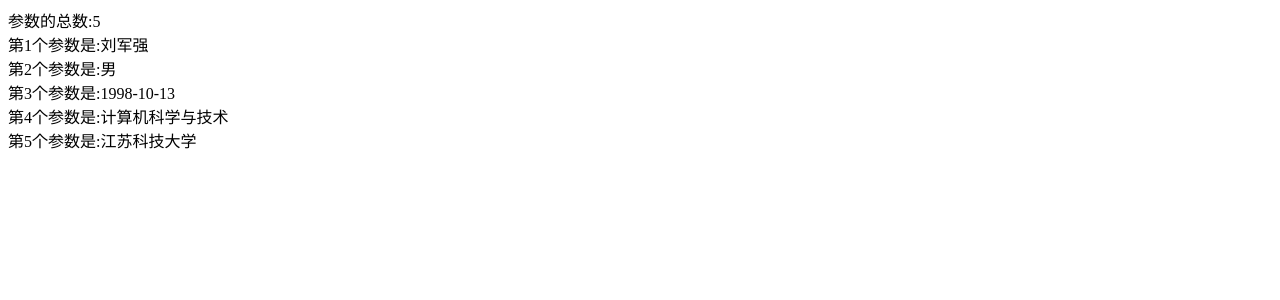
Repository: ljcan/PHP_Scripts
Page: http://localhost/src/new_file06.php
The author's editor kept a copy of each file at every save. The page is drawn from the files as they stood at one save, then again after the next save.
The browser window is 1280 px wide. The pictures show the whole page.
The page is run by PHP 8.4 with error messages shown; the project is at /var/www/html/.

Above is the page before, as saved 2017-07-03 15:39:01.

After the next save:
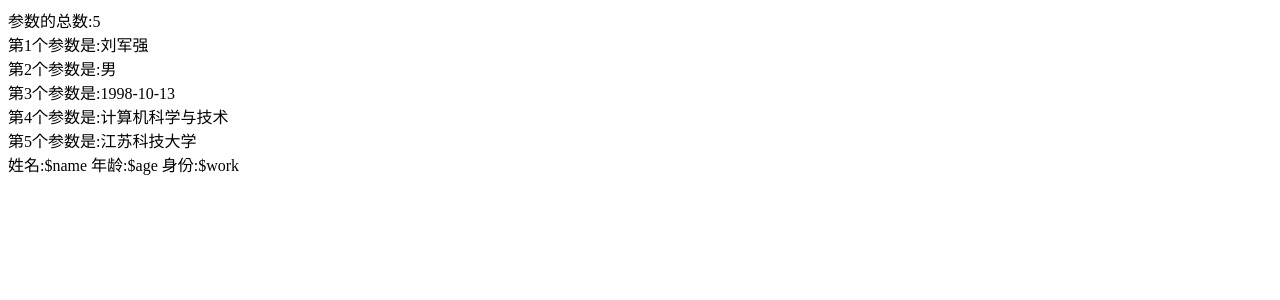
Saved 6 min 23 s later.
--- a/myjavascript_file/myphp/src/new_file06.php
+++ b/myjavascript_file/myphp/src/new_file06.php
@@ -18,7 +18,16 @@
 				echo '第',($i+1),'个参数是:',$test[$i],'</br>';
 			}
 		}
+		function GetUserName(){
+			$user=array();
+			$user[]="张三";
+			$user[]="20";
+			$user[]="学生";
+			return $user;
+		}
 		get("刘军强","男","1998-10-13","计算机科学与技术","江苏科技大学");
+		list($name,$age,$work)=GetUserName();
+		echo '姓名:$name   年龄:$age   身份:$work','</br>';
 	?>
     </body>
 </html>
